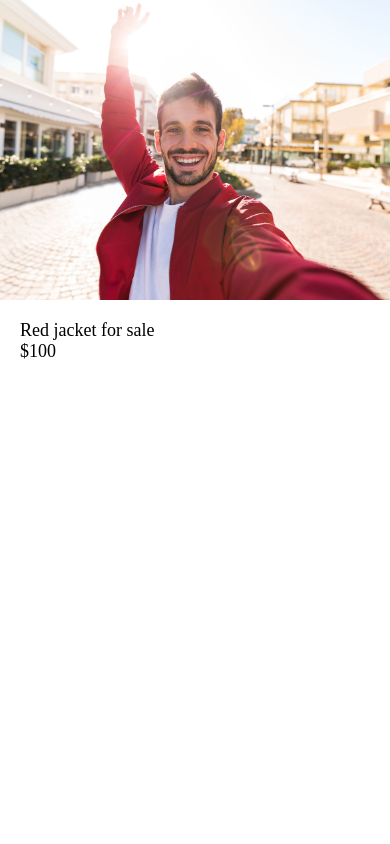
Repository: georgehgfonseca/F05-Trena-Native
Screen: /
These files come from the project's save history. The screen is drawn as it stood at one moment and after the next save; the edit follows.
The app was drawn by React Native's web renderer in a window 390 px wide. The project was rebuilt for these pictures with package versions that can differ from the ones it lists, and the page was loaded fresh each time.

Above is the screen before, as saved 2022-10-13 15:46:33.

After the next save:
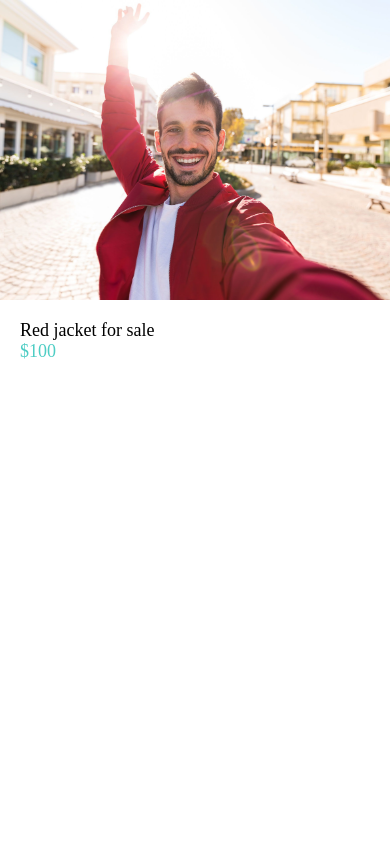
Saved 26 s later.
--- a/app/screens/ListingDetailsScreen.tsx
+++ b/app/screens/ListingDetailsScreen.tsx
@@ -1,6 +1,7 @@
 import React from "react";
 import { Image, View, StyleSheet } from "react-native";
 import AppText from "../components/AppText";
+import colors from "../config/colors";
 
 export function ListingDetailsScreen(props: any) {
   return (
@@ -25,7 +26,9 @@ const styles = StyleSheet.create({
     width: "100%",
     height: 300,
   },
-  price: {},
+  price: {
+    color: colors.secondary,
+  },
   title: {
     font: 24,
     fontWeight: "500",
